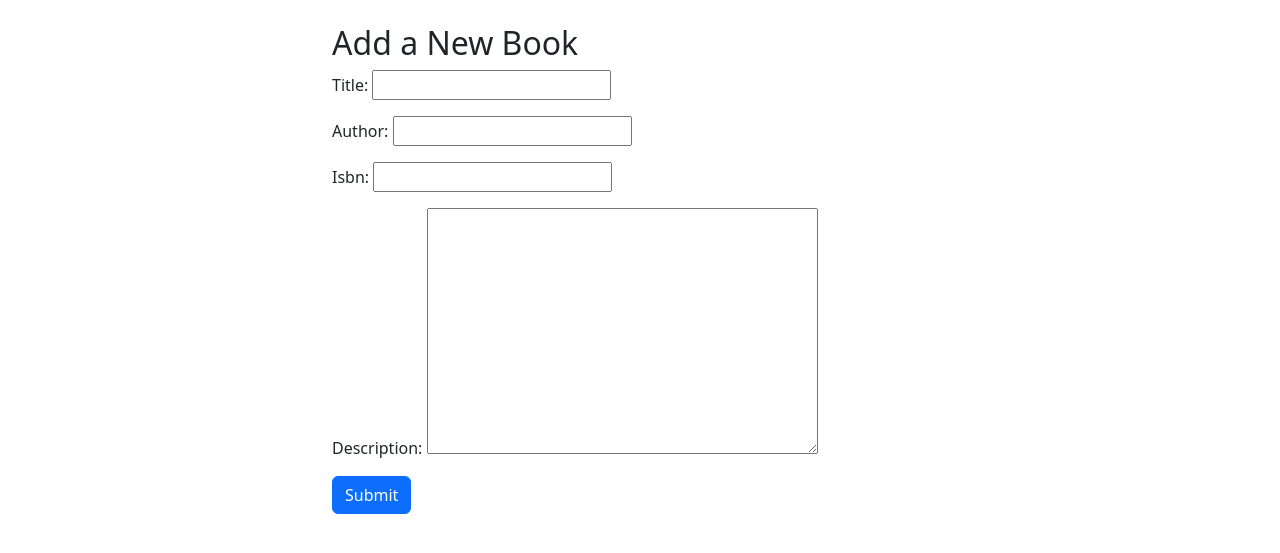
Repository: Mbote-Joseph/Django-Recap
Page: http://localhost/books/bookform
These files come from the project's save history. The page is drawn as it stood at one moment and after a run of saves; the edit follows.
The browser window is 1280 px wide. The pictures show the whole page.
Some web libraries are served in a nearby version. The page is served by the project's application, run on Django 5.2 (manage.py).

Above is the page before, as saved 2025-12-13 23:24:03.

After the next 2 saves:
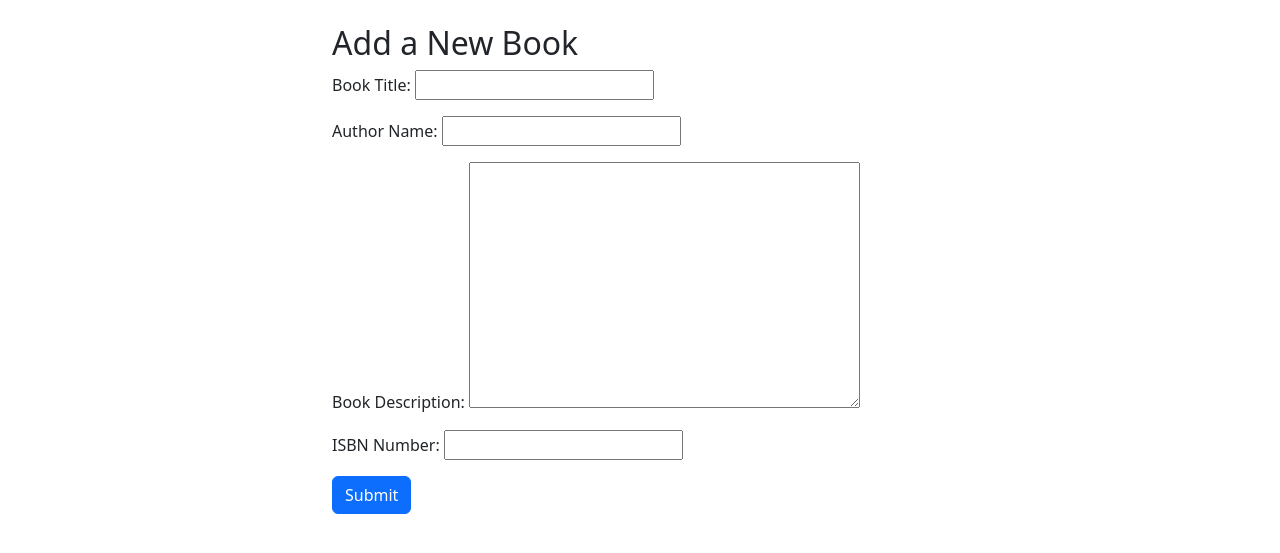
The 2 saves are shown as one change because they came seconds apart.
The last was saved 2 min 55 s later.
--- a/smartnotes/books/forms.py
+++ b/smartnotes/books/forms.py
@@ -4,7 +4,13 @@ from .models import Books
 class BookForm(forms.ModelForm):
     class Meta:
         model = Books
-        fields = '__all__'
+        fields = ('title', 'author', 'description', 'isbn')
+        labels = {
+            'title': 'Book Title',
+            'author': 'Author Name',
+            'description': 'Book Description',
+            'isbn': 'ISBN Number'
+        }
 
     def clean_isbn(self):
         isbn = self.cleaned_data.get('isbn')
